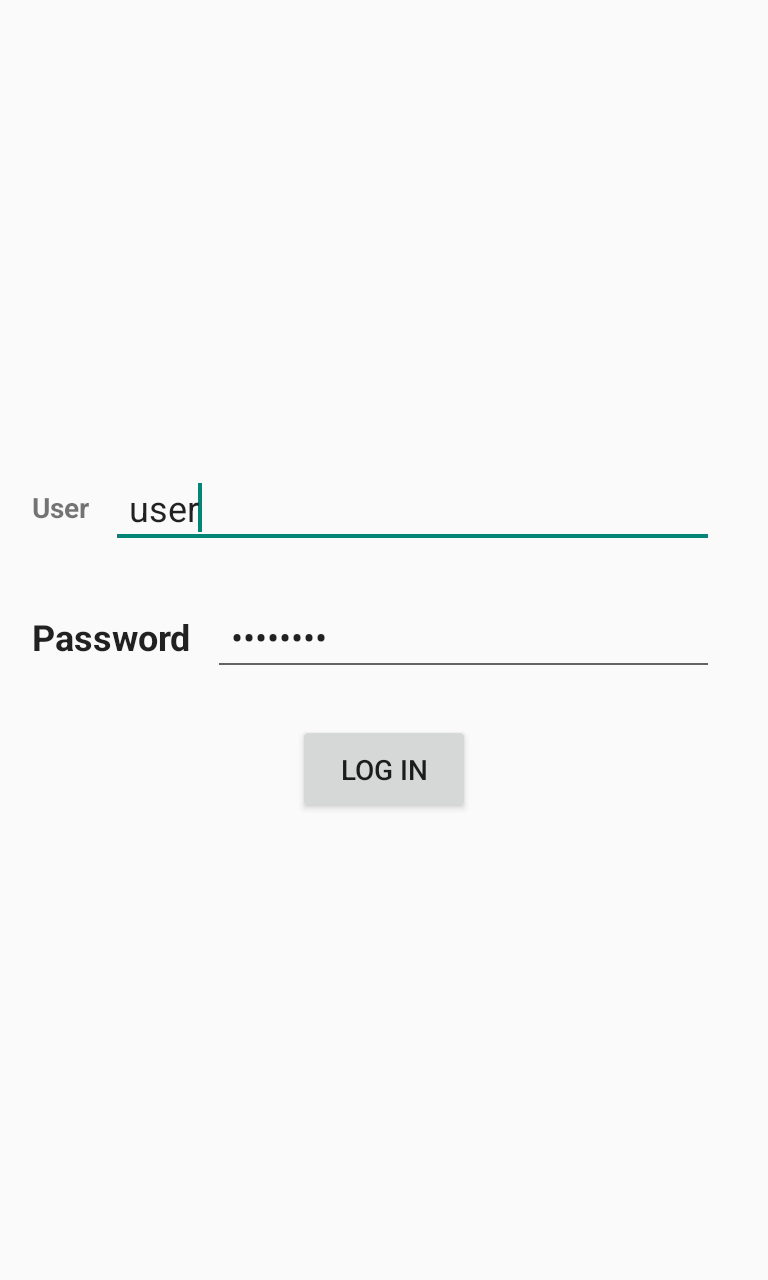
Repository: mgorski-mg/FunsCounter
Layout: FunsCounter/res/layout/login_fragment.xml
These files come from the project's save history. The layout is drawn as it stood at one moment and after the next save; the edit follows.
It is drawn on a 768 x 1280 px phone screen (xhdpi) without system bars, with theme AppTheme; the app's code is not run.

Above is the layout before, as saved 2014-02-10 18:57:02.

### FunsCounter/res/layout/login_fragment.xml
<LinearLayout xmlns:android="http://schemas.android.com/apk/res/android"
    android:layout_width="fill_parent"
    android:layout_height="fill_parent"
    android:gravity="center"
    android:orientation="vertical"
    android:padding="@dimen/activity_padding" >

    <LinearLayout
        android:layout_width="fill_parent"
        android:layout_height="wrap_content" >

        <TextView
            android:layout_width="wrap_content"
            android:layout_height="fill_parent"
            android:gravity="center"
            android:text="@string/user"
            android:textStyle="bold" />

        <EditText
            android:id="@+id/user"
            android:layout_width="fill_parent"
            android:layout_height="wrap_content"
            android:layout_margin="10dp"
            android:ems="10"
            android:inputType="text"
            android:padding="10dp"
            android:text="user" >

            <requestFocus />
        </EditText>
    </LinearLayout>

    <LinearLayout
        android:layout_width="fill_parent"
        android:layout_height="wrap_content" >

        <TextView
            android:layout_width="wrap_content"
            android:layout_height="fill_parent"
            android:gravity="center"
            android:textAppearance="@android:style/TextAppearance.Medium"
            android:text="@string/password"
            android:textStyle="bold" />

        <EditText
            android:id="@+id/password"
            android:layout_width="fill_parent"
            android:layout_height="wrap_content"
            android:layout_margin="10dp"
            android:ems="10"
            android:inputType="textPassword"
            android:padding="10dp"
            android:text="password" />
    </LinearLayout>

    <Button
        android:id="@+id/loginButton"
        android:layout_width="wrap_content"
        android:layout_height="wrap_content"
        android:layout_margin="10dp"
        android:padding="10dp"
        android:text="@string/login" />

</LinearLayout>

### FunsCounter/res/values/styles.xml
<resources>

    <style name="AppBaseTheme" parent="Theme.AppCompat.Light"></style>

    <!-- Application theme. -->
    <style name="AppTheme" parent="AppBaseTheme"></style>

    <style name="AppTheme.NoTitleBar" parent="AppBaseTheme">
        <item name="windowActionBar">false</item>
    </style>

</resources>

### FunsCounter/res/values/dimens.xml
<resources>

    <!-- Default screen margins, per the Android Design guidelines. -->
    <dimen name="activity_padding">16dp</dimen>

</resources>

### FunsCounter/res/values/strings.xml
<?xml version="1.0" encoding="utf-8"?>
<resources>

    <string name="app_name">Funs Counter</string>
    <string name="refresh_event_list">Refresh Event List</string>
    <string name="refresh_content">Refresh Content</string>
    <string name="connection_problem">Can\'t download data! Please check your internet connection.</string>
    <string name="login">Log In</string>
    <string name="cant_login">Wrong username or password!</string>
    <string name="wait">Please wait!</string>
    <string name="user">User</string>
    <string name="password">Password</string>


</resources>

After the next save:
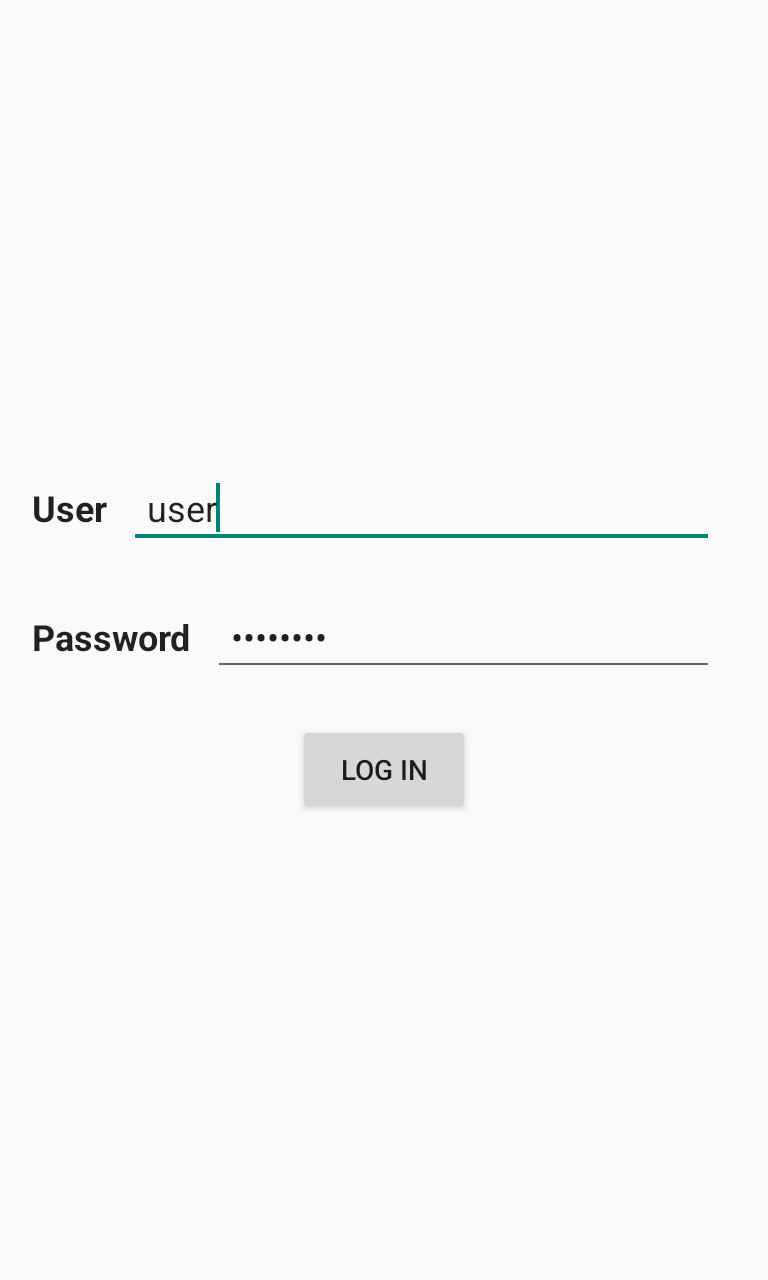
Saved 13 s later.
--- a/FunsCounter/res/layout/login_fragment.xml
+++ b/FunsCounter/res/layout/login_fragment.xml
@@ -14,6 +14,7 @@
             android:layout_height="fill_parent"
             android:gravity="center"
             android:text="@string/user"
+            android:textAppearance="@android:style/TextAppearance.Medium"
             android:textStyle="bold" />
 
         <EditText
@@ -38,8 +39,8 @@
             android:layout_width="wrap_content"
             android:layout_height="fill_parent"
             android:gravity="center"
+            android:text="@string/password"
             android:textAppearance="@android:style/TextAppearance.Medium"
-            android:text="@string/password"
             android:textStyle="bold" />
 
         <EditText
